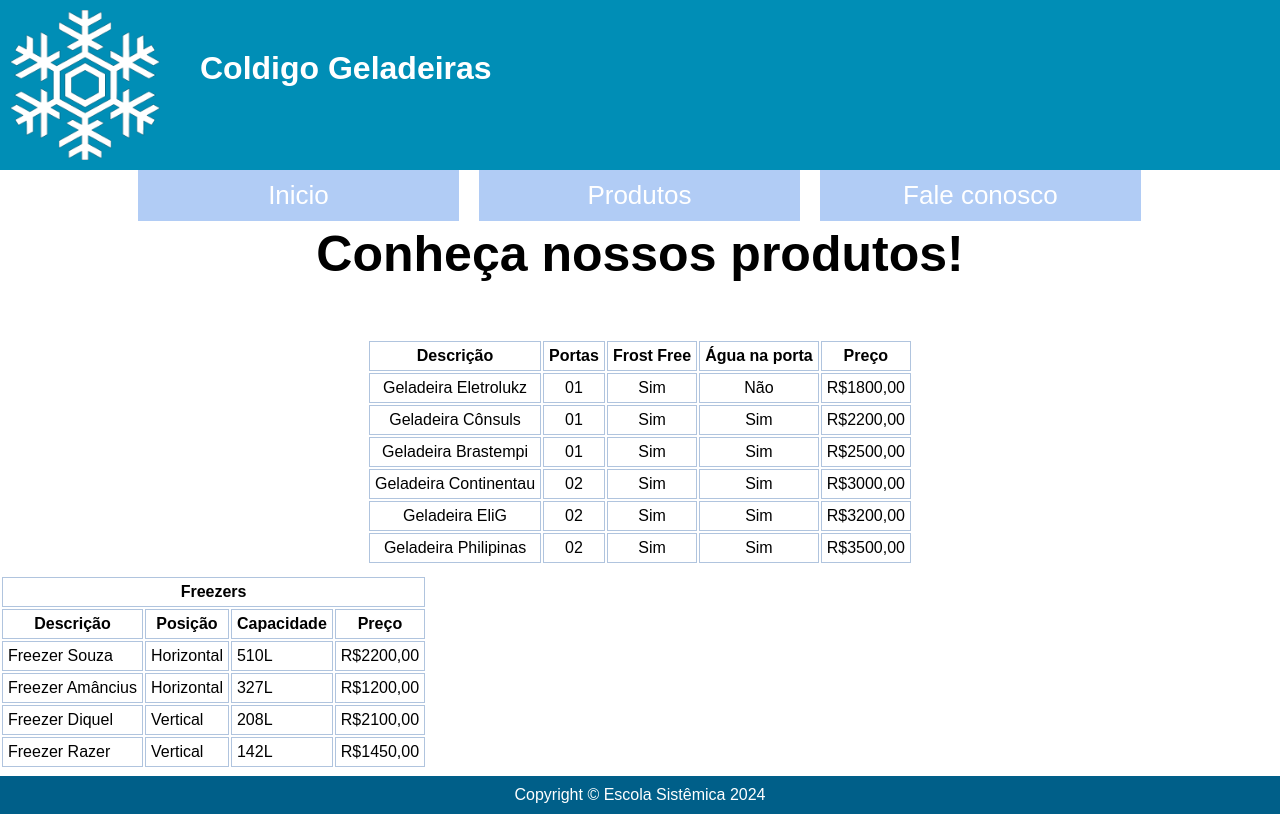
Repository: AndreiLGomes/faculdade
Page: http://localhost/ProjetoTrilhaWeb/pages/site/produtos.html
The author's editor kept a copy of each file at every save. The page is drawn from the files as they stood at one save, then again after the next save.
The browser window is 1280 px wide. The pictures show the whole page.
The page is served by Tomcat 9.

Above is the page before, as saved 2024-04-10 23:02:28.

### 2 ano/WorkspaceTrilhaWeb/ProjetoTrilhaWeb/src/main/webapp/pages/site/produtos.html
<!DOCTYPE html>
<html lang="pt-br">
<head>
<meta charset="UTF-8">
<meta name="description" content="Site da Coldigo Geladeiras">
<meta name="keywords" content="Geladeiras, Frost-free, refrigeração">
<meta name="author" content="Escola Sistêmica">
<meta name="viewport" content="width=device-width, initial-scale=1.0">
<link rel="stylesheet" type="text/css" href="../../css/site.css">
<title>Coldigo Geladeiras</title>

</head>
<body>
	<header>
		<img alt="logo da Coldigo Geladeiras" src="../../img/logo.png">
		<h1>Coldigo Geladeiras</h1>
	</header>
	<nav>
		<a href="../../index.html"><div class="opcao">Inicio</div> </a> <a
			href="produtos.html">
			<div class="opcao">Produtos</div>
		</a> <a href="faleconosco.html">
			<div class="opcao">Fale conosco</div>
		</a>
	</nav>
	<section>
		<h2>Conheça nossos produtos!</h2>
		<table class="tabelaProdutos" >
			<thead>
				<tr>
					<th colspan="5" class="tituloTabela">Geladeiras</th>
				</tr>
				<tr>
					<th>Descrição</th>
					<th>Portas</th>
					<th>Frost Free</th>
					<th>Água na porta</th>
					<th>Preço</th>
				</tr>
			</thead>
			<tbody>
				<tr>
					<td>Geladeira Eletrolukz</td>
					<td>01</td>
					<td>Sim</td>
					<td>Não</td>
					<td>R$1800,00</td>
				<tr>
					<td>Geladeira Cônsuls</td>
					<td>01</td>
					<td>Sim</td>
					<td>Sim</td>
					<td>R$2200,00</td>
				</tr>
				<tr>
					<td>Geladeira Brastempi</td>
					<td>01</td>
					<td>Sim</td>
					<td>Sim</td>
					<td>R$2500,00</td>
				</tr>
				<tr>
					<td>Geladeira Continentau</td>
					<td>02</td>
					<td>Sim</td>
					<td>Sim</td>
					<td>R$3000,00</td>
				</tr>
				<tr>
					<td>Geladeira EliG</td>
					<td>02</td>
					<td>Sim</td>
					<td>Sim</td>
					<td>R$3200,00</td>
				</tr>
				<tr>
					<td>Geladeira Philipinas</td>
					<td>02</td>
					<td>Sim</td>
					<td>Sim</td>
					<td>R$3500,00</td>
				</tr>
			</tbody>
		</table>
		<table >
			<thead>
				<tr>
					<th colspan="4">Freezers</th>
				</tr>
				<tr>
					<th>Descrição</th>
					<th>Posição</th>
					<th>Capacidade</th>
					<th>Preço</th>
				</tr>
			</thead>
			<tbody>
				<tr>
					<td>Freezer Souza</td>
					<td>Horizontal</td>
					<td>510L</td>
					<td>R$2200,00</td>
				</tr>
				<tr>
					<td>Freezer Amâncius</td>
					<td>Horizontal</td>
					<td>327L</td>
					<td>R$1200,00</td>
				</tr>
				<tr>
					<td>Freezer Diquel</td>
					<td>Vertical</td>
					<td>208L</td>
					<td>R$2100,00</td>
				</tr>

				<tr>
					<td>Freezer Razer</td>
					<td>Vertical</td>
					<td>142L</td>
					<td>R$1450,00</td>
				</tr>
			<tbody>
		</table>


	</section>
	<footer>Copyright &copy; Escola Sistêmica 2024 </footer>


</body>
</html>

### 2 ano/WorkspaceTrilhaWeb/ProjetoTrilhaWeb/src/main/webapp/css/site.css
@charset "UTF-8";

body {
	margin: 0 auto;
	font-family: "Century Gothic", sans-serif;
}

/* cabeçalho */
header {
	height: 170px;
	background-color: #008eb6;
}

header img {
	float: left;
	height: 150px;
	width: 150px;
	margin: 10px;
}

header h1 {
	float: left;
	margin: 50px 0 0 30px;
	color: #ffffff;
}
/*Menu*/
nav {
	clear: both;
	width: 80%;
	margin: 0px auto;
	height: 55px;
}

nav a {
	color: white;
	text-decoration: none;
	text-align: center;
}

nav .opcao {
	float: left;
	width: 31.3%;
	background-color: #b1ccf5;
	padding: 10px 0;
	margin: 0 1%;
	font-size: 26px;
}

nav .opcao:hover {
	background-color: #83afd3;
}

/* Área geral para conteúdos específicos de cada página */
section {
	clear: both;
	min-height: 360px;
	width: 100%;
	margin-top: 0px;
}
/*rodapé */
footer {
	background-color: #005f89;
	color: #fff;
	text-align: center;
	padding: 10px;
	margin-top: 7px;
}

/* Configuracão da página inicial */
section #top {
	width: 900px;
	margin: 0px auto;
	height: 250px;

}


.geladeira{
	height: 250px;
	width: 125px;
}

.direita{
	float: right;
}
.esquerda{
	float: left;
}

section #titulos{
	float: left;
	height: 250px;
	width: 650px;
	margin: 0px auto;
}

h2{
	text-align: center;
	margin-top: 0px;
	margin-bottom: 10px;
	font-size: 50px;
}

h3{
	text-align: center;
	margin-top: 50px;
	font-size: 20px;
}

p{
	clear: both;
	text-align: center;
	margin: 10px 80px;
}
/* Configuração da página de Produtos */

.tabelaProdutos{
	margin: 10px auto;
	text-align: center;
}

.tituloTabela{
	text-align: center;
	font-size: 30px;
	font-weight: bold;
	color: #fff;
	padding: 5px;
	border: transparent;
}

tr, td, th{
	border: 1px solid #B0C4DE;
	padding: 5px;
}

After the next save:
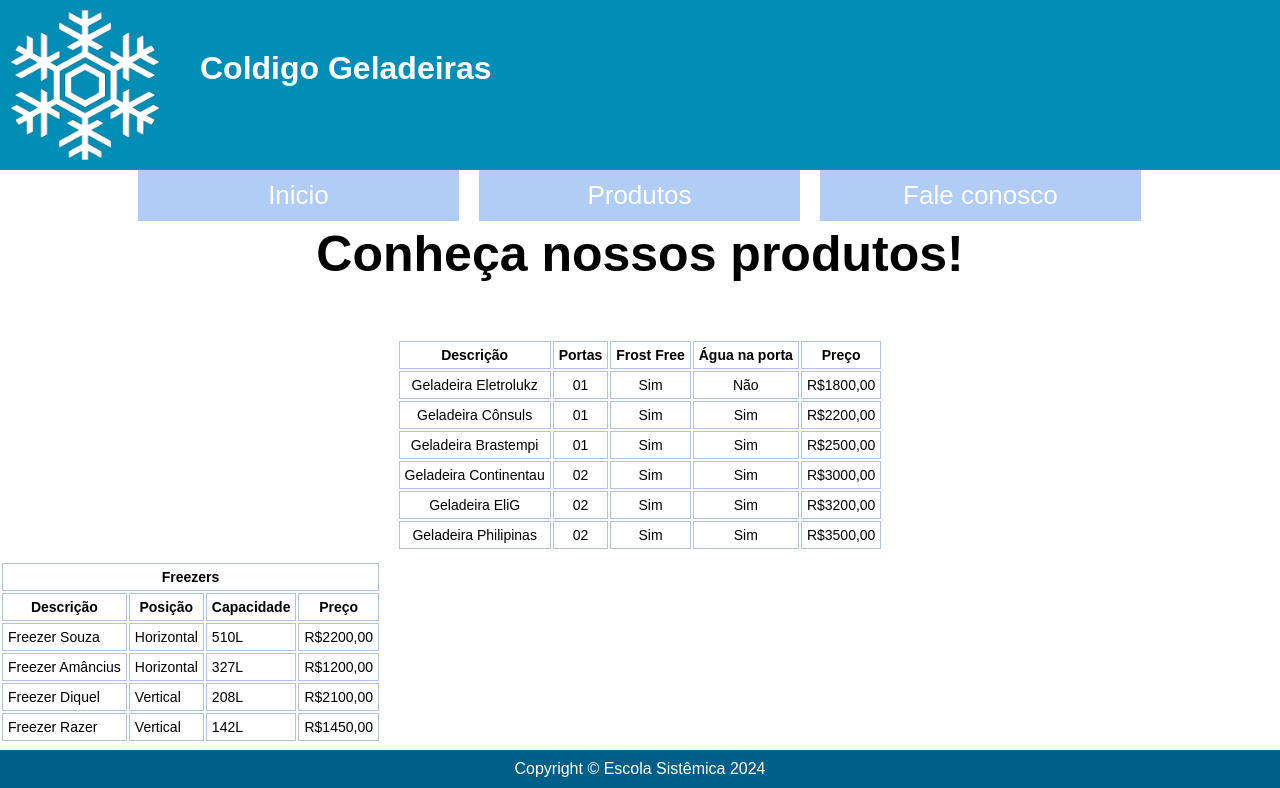
Saved 43 s later.
--- a/2 ano/WorkspaceTrilhaWeb/ProjetoTrilhaWeb/src/main/webapp/css/site.css
+++ b/2 ano/WorkspaceTrilhaWeb/ProjetoTrilhaWeb/src/main/webapp/css/site.css
@@ -132,3 +132,6 @@ tr, td, th{
 	border: 1px solid #B0C4DE;
 	padding: 5px;
 }
+tr, td{
+	font-size: 14px;
+}
